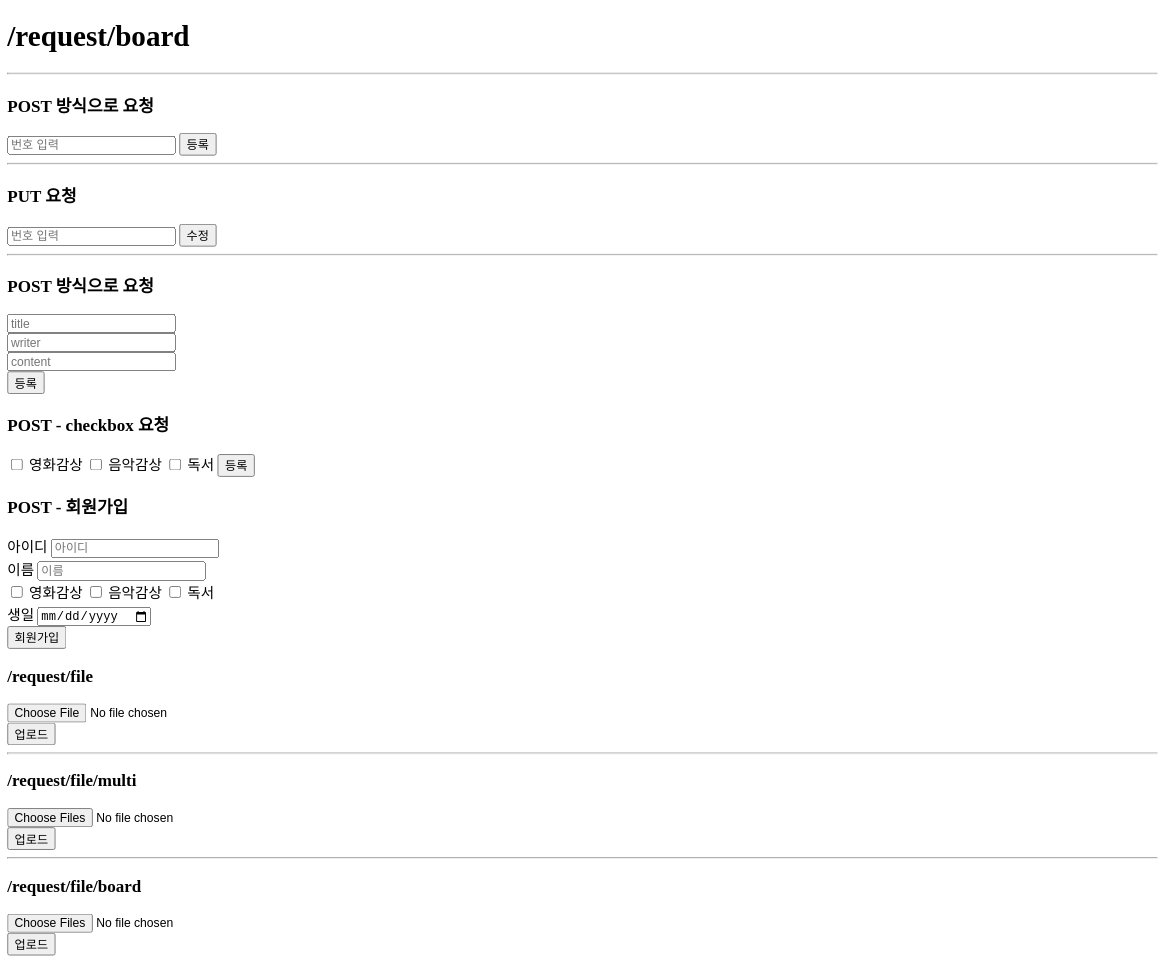
Repository: xegenie/Spring
Page: http://localhost/spring-mvc/request/board
The author's editor kept a copy of each file at every save. The page is drawn from the files as they stood at one save, then again after the next save.
The browser window is 1280 px wide. The pictures show the whole page, at 91% of full size.
The page is served by Tomcat 9. Other server files are loaded and not shown.

Above is the page before, as saved 2024-11-07 07:40:18.

### spring-mvc/src/main/webapp/WEB-INF/views/request/board.jsp
<%@ page language="java" contentType="text/html; charset=UTF-8"
    pageEncoding="UTF-8"%>
<!DOCTYPE html>
<html>
<head>
<meta charset="UTF-8">
<title>/request/board</title>
</head>
<body>
	<h1>/request/board</h1>

	<hr>
	<h3>POST 방식으로 요청</h3>
	<form action="<%= request.getContextPath()%>/request/board" method="post">
		<input type="text" name="no" placeholder="번호 입력" />
		<input type="submit" value="등록" />
	</form>

	<hr>
	<h3>PUT 요청</h3>
	<form action="<%= request.getContextPath()%>/request/board" method="post">
		<!-- form 태그에서는 PUT 방식 요청을 지원하지 않는다. -->
		<!-- Spring 의 HiddenMethodFilter를 등록하면, 우회적으로 PUT 요청을 할 수 있다. -->
		<!-- _mehod를 X-HTTP-Method_Override 헤더로 지정한다. -->
		<!-- X-HTTP-Method_Override 헤더 값 : PUT -->
		<input type="hidden" name="_method" value="PUT" />
		<input type="text" name="no" placeholder="번호 입력" />
		<input type="submit" value="수정" />
	</form>

	<hr>
	<h3>POST 방식으로 요청</h3>
	<form action="<%= request.getContextPath()%>/request/body" method="post" enctype="application/x-www-form-urlencoded">
		<input type="text" name="title" placeholder="title" /> <br>
		<input type="text" name="writer" placeholder="writer" /> <br>
		<input type="text" name="content" placeholder="content" /> <br>
		<input type="submit" value="등록" />
	</form>

	<h3>POST - checkbox 요청</h3>
    <form action="<%= request.getContextPath() %>/request/check"
          method="post">

        <input type="checkbox" name="hobby" id="movie" value="movie" />
        <label for="movie">영화감상</label>

        <input type="checkbox" name="hobby" id="music" value="music" />
        <label for="music">음악감상</label>

        <input type="checkbox" name="hobby" id="book" value="book" />
        <label for="book">독서</label>

        <input type="submit" value="등록">
    </form>

	<h3>POST - 회원가입</h3>
    <form action="<%= request.getContextPath() %>/request/user"
          method="post">

        <label for="id">아이디</label>
        <input type="text" name="id" id="id" placeholder="아이디" />
        <br>

        <label for="name">이름</label>
        <input type="text" name="name" id="name" placeholder="이름" />
        <br>

        <input type="checkbox" name="hobby" id="movie" value="movie" />
        <label for="movie">영화감상</label>

        <input type="checkbox" name="hobby" id="music" value="music" />
        <label for="music">음악감상</label>

        <input type="checkbox" name="hobby" id="book" value="book" />
        <label for="book">독서</label>
        <br>

        <label for="birth">생일</label>
        <input type="date" name="birth" id="birth" />
        <br>


        <input type="submit" value="회원가입">
    </form>

	<h3>/request/file</h3>
	<form action="${ pageContext.request.contextPath }/request/file" method="POST" enctype="multipart/form-data">
		<input type="file" name="file" /> <br>
		<input type="submit" value="업로드" />
	</form>

	<hr>

	<h3>/request/file/multi</h3>
	<form action="${ pageContext.request.contextPath }/request/file/multi" method="POST" enctype="multipart/form-data">
		<input type="file" name="file" multiple /> <br>
		<input type="submit" value="업로드" />
	</form>

	<hr>

	<h3>/request/file/board</h3>
	<form action="${ pageContext.request.contextPath }/request/file/multi" method="POST" enctype="multipart/form-data">
		<input type="file" name="file" multiple /> <br>
		<input type="submit" value="업로드" />
	</form>

</body>
</html>

After the next save:
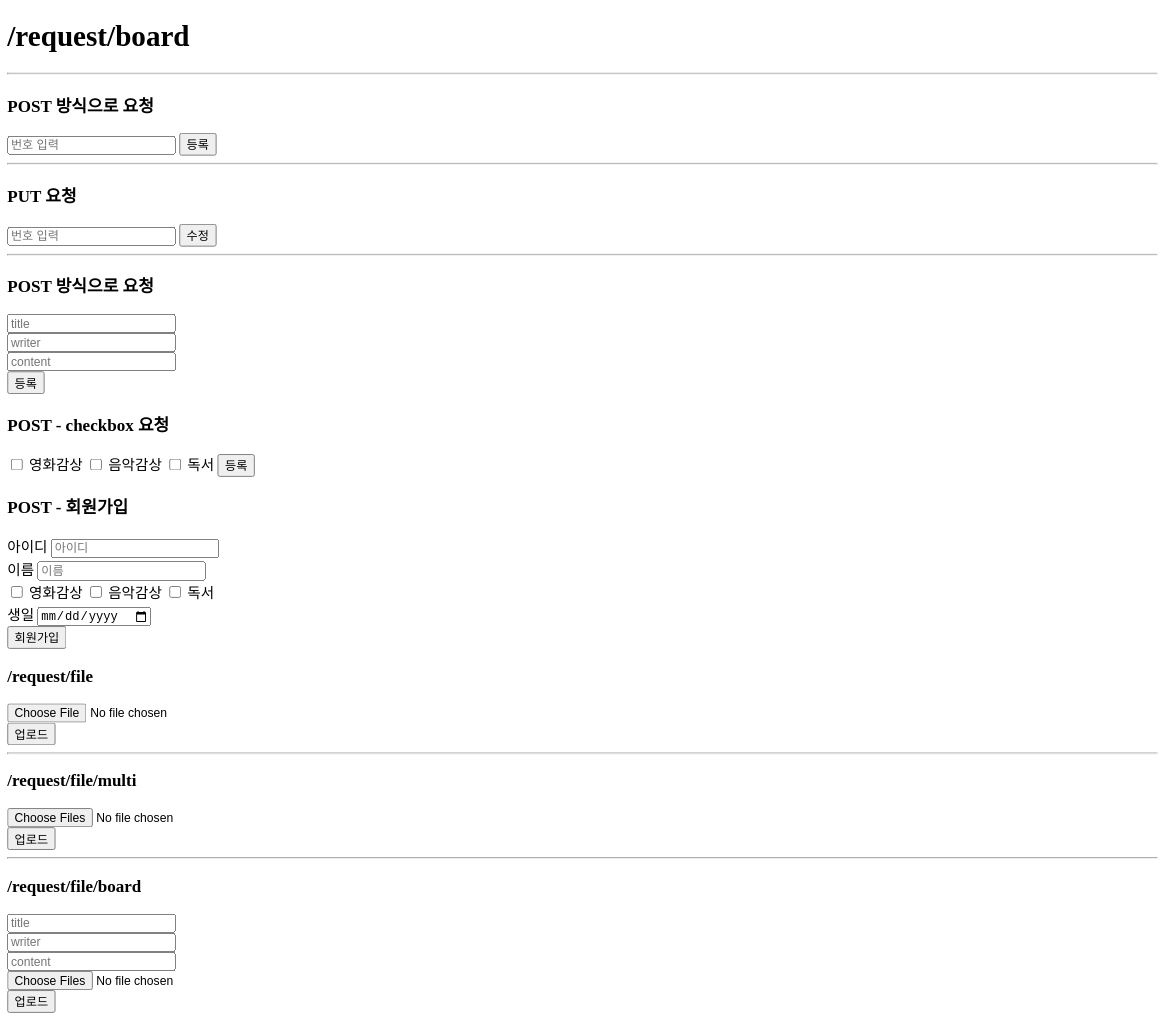
Saved 35 s later.
--- a/spring-mvc/src/main/webapp/WEB-INF/views/request/board.jsp
+++ b/spring-mvc/src/main/webapp/WEB-INF/views/request/board.jsp
@@ -101,7 +101,10 @@
 
 	<h3>/request/file/board</h3>
 	<form action="${ pageContext.request.contextPath }/request/file/multi" method="POST" enctype="multipart/form-data">
-		<input type="file" name="file" multiple /> <br>
+		<input type="text" name="title" placeholder="title" /> <br>
+		<input type="text" name="writer" placeholder="writer" /> <br>
+		<input type="text" name="content" placeholder="content" /> <br>
+		<input type="file" name="fileList" multiple /> <br>
 		<input type="submit" value="업로드" />
 	</form>
 
